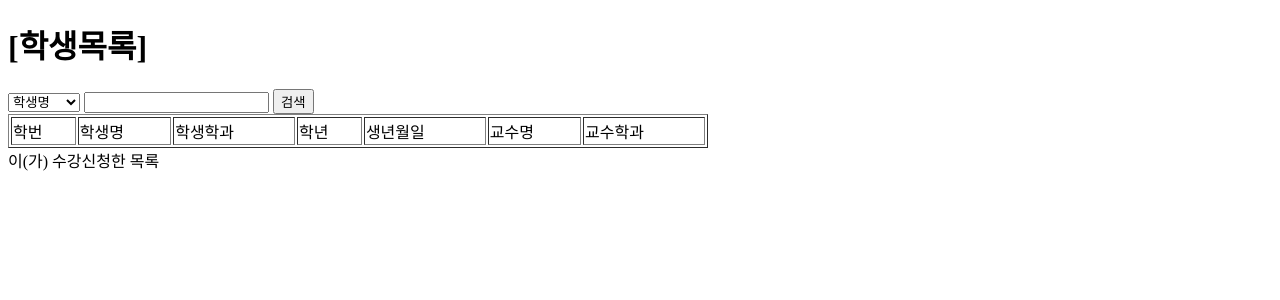
Repository: odasd/Ark-html
Page: http://localhost/ex20200428/students/list.jsp
The author's editor kept a copy of each file at every save. The page is drawn from the files as they stood at one save, then again after the next save.
The browser window is 1280 px wide. The pictures show the whole page.
Some web libraries are served in a nearby version. The page is served by Tomcat 9. Other server files are loaded and not shown. Queries for data that is not in the repository find no rows.

Above is the page before, as saved 2020-04-28 01:47:34.

### 20200428/ex20200428/WebContent/students/list.jsp
<%@ page language="java" contentType="text/html; charset=UTF-8" pageEncoding="UTF-8"%>
<%@ page import="ex01.*, java.util.*" %>
<!DOCTYPE html>
<html>
<head>
	<meta charset="UTF-8">
	<title>학생목록</title>
	<script src="http://code.jquery.com/jquery-1.9.1.js"></script>
	<script src="https://cdnjs.cloudflare.com/ajax/libs/handlebars.js/3.0.1/handlebars.js"></script>
</head>
<body>
	<h1>[학생목록]</h1>
	<form action="list.jsp">
		<select name=type>
			<option value="sname">학생명</option>
			<option value="pname">교수명</option>
			<option value="sdept">학생학과</option>
			<option value="year">학년</option>
		</select>
		<input type="text" name="word">
		<input type="submit" value="검색">
	</form>
	<table width=700 border=1>
		<tr>
			<td>학번</td>
			<td>학생명</td>
			<td>학생학과</td>
			<td>학년</td>
			<td>생년월일</td>
			<td>교수명</td>
			<td>교수학과</td>
		</tr>
		<%	//:은 아니면 이라는뜻
			String type=request.getParameter("type")==null?"scode":request.getParameter("type");
			String word=request.getParameter("word")==null?"":request.getParameter("word");

			SDAO dao=new SDAO();
			ArrayList<SVO> list=dao.list(type, word);
			for(SVO vo:list) {
				out.println("<tr>");
				out.println("<td>" + vo.getScode() + "</td>");
				out.println("<td>" + vo.getSname() + "</td>");
				out.println("<td>" + vo.getSdept() + "</td>");
				out.println("<td>" + vo.getYear() + "</td>");
				out.println("<td>" + vo.getBirthday() + "</td>");
				out.println("<td>" + vo.getPname() + "</td>");
				out.println("<td>" + vo.getPdept()+ "</td>");
				out.println("</tr>");
			}
		%>
	</table>
		<div id="enroll">
			<span id="sname">이(가) 수강신청한 목록</span>
		</div>
</body>
</html>

### 20200428/ex20200428/src/ex01/SDAO.java
package ex01;

import java.sql.Connection;
import java.sql.DriverManager;
import java.sql.PreparedStatement;
import java.sql.ResultSet;
import java.util.ArrayList;

public class SDAO {

	public Connection con() throws Exception {
         String driver = "oracle.jdbc.driver.OracleDriver";
     String url = "jdbc:oracle:thin:@localhost:1521:orcl";
     String user = "haksa";
     String password = "pass";

     Class.forName(driver);
     Connection con = DriverManager.getConnection(url, user, password);
     return con;
     }

	public ArrayList<SVO> list(String type, String word) throws Exception {
		ArrayList<SVO> list=new ArrayList<SVO>();
		String sql="select * from view_students where " + type + " like ? ";
		PreparedStatement ps=con().prepareStatement(sql);
		ps.setString(1, "%" + word + "%");
		ResultSet rs=ps.executeQuery();
		while(rs.next()) {
			SVO vo=new SVO();
			vo.setScode(rs.getString("scode"));
			vo.setSname(rs.getString("sname"));
			vo.setSdept(rs.getString("sdept"));
			vo.setYear(rs.getString("year"));
			vo.setBirthday(rs.getDate("birthday"));
			vo.setPname(rs.getString("pname"));
			vo.setPdept(rs.getString("pdept"));
			list.add(vo);
		}
		System.out.println("데이터 갯수 : " + list.size());
		return list;
	}


}

After the next save:
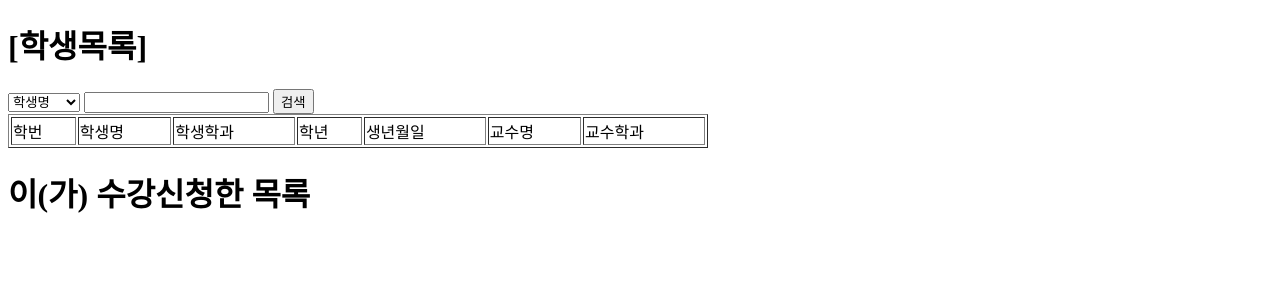
Saved 28 s later.
--- a/20200428/ex20200428/WebContent/students/list.jsp
+++ b/20200428/ex20200428/WebContent/students/list.jsp
@@ -50,7 +50,7 @@
 		%>
 	</table>
 		<div id="enroll">
-			<span id="sname">이(가) 수강신청한 목록</span>
+			<h1><span id="sname">이(가) 수강신청한 목록</span></h1>
 		</div>
 </body>
 </html>
